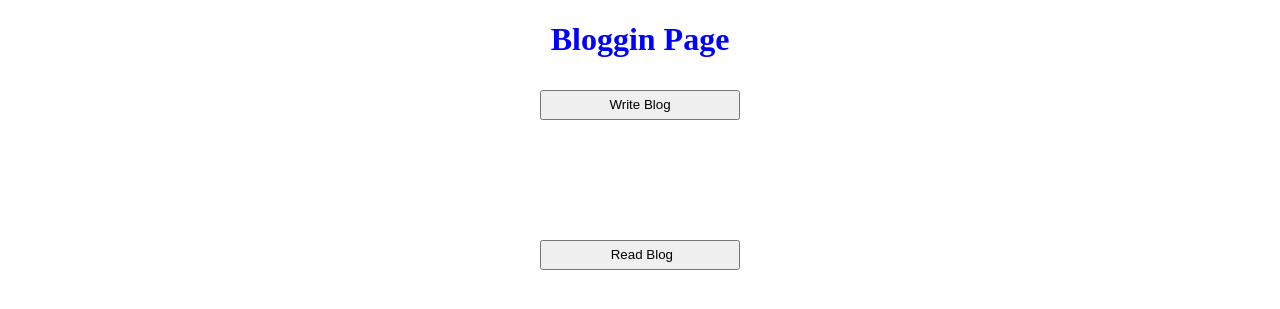
Repository: choubeyshubham018/CompleteJavaQuestions
Page: http://localhost/Ques_17_ServletBlogApplication/
An editor plug-in stored every save of this project. The page is shown before and after the next save, followed by the edit.
The browser window is 1280 px wide. The pictures show the whole page.
The page is served by Tomcat 9.

Above is the page before, as saved 2023-09-19 06:29:50.

After the next save:
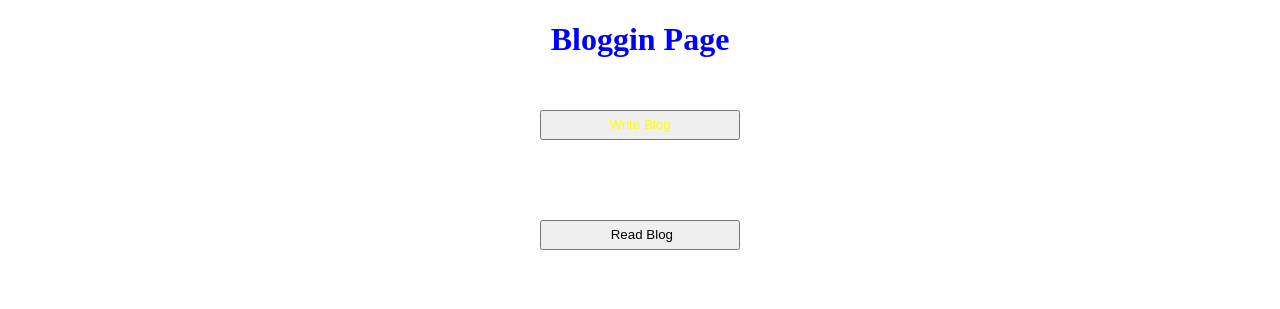
Saved 57 s later.
--- a/Servlet Assignment/Ques_17_ServletBlogApplication/src/main/webapp/index.jsp
+++ b/Servlet Assignment/Ques_17_ServletBlogApplication/src/main/webapp/index.jsp
@@ -10,12 +10,12 @@
 
 <h1 style="text-align: center; color: blue;">Bloggin Page</h1>
 <div style="display: flex; justify-content: center; height: 200px; flex-direction: column;align-items: center;">
-<div style="padding: 30px; margin: 30px;">
+<div style="padding: 10px; margin: 30px;">
 <form action="./blog & s1=save %">
-<input type="submit" value="Write Blog" style="height: 30px;width: 200px;">
+<input type="submit" value="Write Blog" style="height: 30px;width: 200px; color: yellow">
 </form>
 </div>
-<div style="padding: 30px; margin: 30px;">
+<div style="padding: 10px; margin: 30px;">
 <form action="./blog & s1=write %">
 <input type="submit" value=" Read Blog" style="height: 30px;width: 200px;">
 </form>
